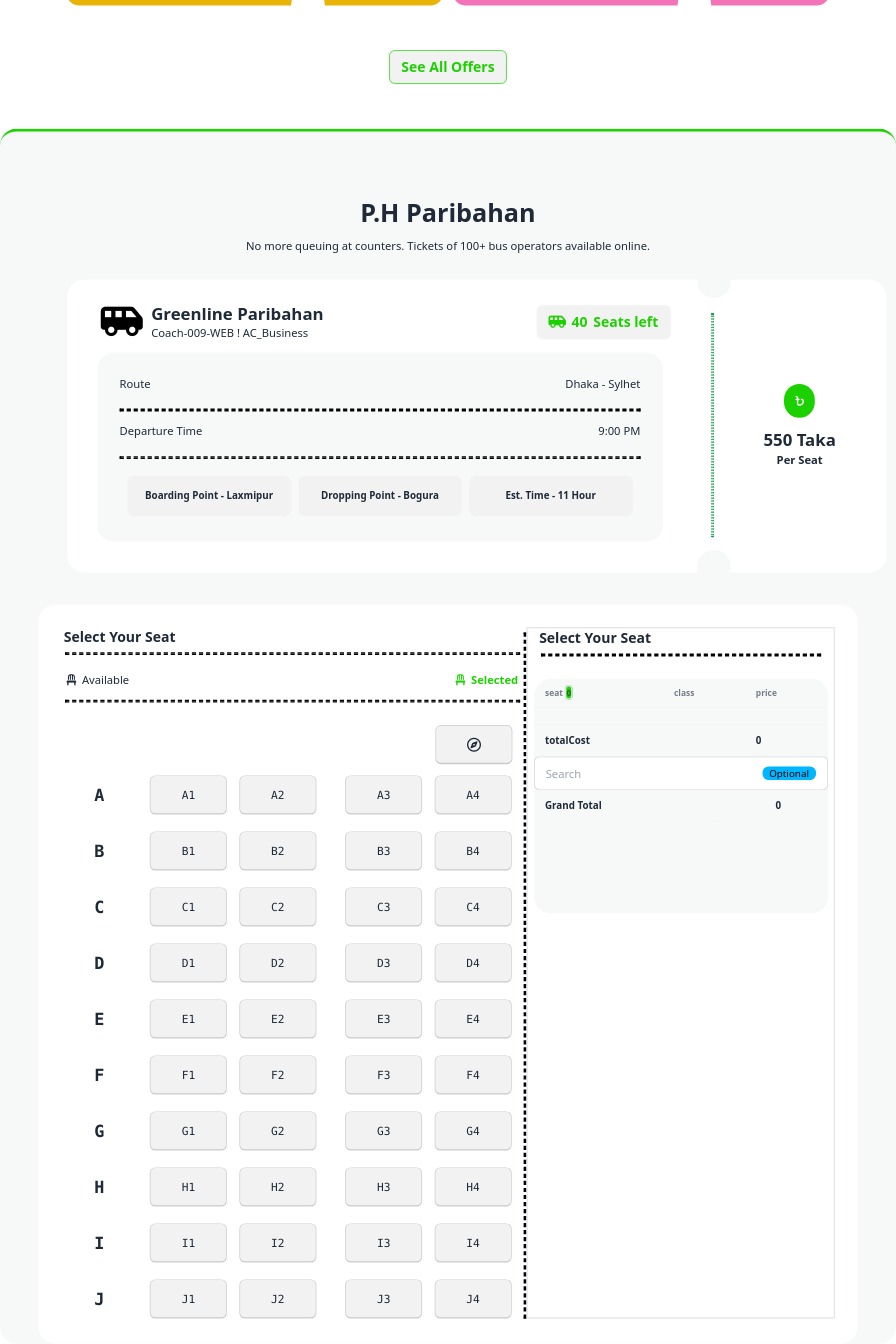
Repository: RudrasahaDibos/Smart-ticketing
Page: index.html
An editor plug-in stored every save of this project. The page is shown before and after a run of saves, followed by the edit.
The browser window is 1280 px wide. The pictures show the part of the page from y = 1134 to 3054 px (the page is 3054 px tall), at 70% of full size.
Some web fonts or font styles are not loaded; a fallback is used. Some web libraries are served in a nearby version.

Above is the page before, as saved 2024-11-10 16:06:26.

### index.html
<!DOCTYPE html>
<html lang="en">
  <head>
    <meta charset="UTF-8">
    <meta name="viewport" content="width=device-width, initial-scale=1.0">
    <title>Smart-ticketing</title>
    <!-- tailwind link -->
    <link href="https://cdn.jsdelivr.net/npm/daisyui@4.12.14/dist/full.min.css"
      rel="stylesheet" type="text/css" />
    <script src="https://cdn.tailwindcss.com"></script>
    <!-- font awesome link -->
    <link rel="stylesheet"
      href="https://cdnjs.cloudflare.com/ajax/libs/font-awesome/6.6.0/css/all.min.css"
      integrity="sha512-Kc323vGBEqzTmouAECnVceyQqyqdsSiqLQISBL29aUW4U/M7pSPA/gEUZQqv1cwx4OnYxTxve5UMg5GT6L4JJg=="
      crossorigin="anonymous" referrerpolicy="no-referrer" />

    <!-- google fonts  -->
    <link rel="preconnect" href="https://fonts.googleapis.com">
    <link rel="preconnect" href="https://fonts.gstatic.com" crossorigin>
    <link
      href="https://fonts.googleapis.com/css2?family=Anton+SC&family=Manrope:wght@200..800&family=Raleway:ital,wght@0,100..900;1,100..900&display=swap"
      rel="stylesheet">

    <style>
.raleway{
  font-family: "Raleway", sans-serif;
}
</style>

  </head>
  <body>
    <!-- header ends here -->
    <header class="container mx-auto lg:pl-24 lg:pr-24 lg:pt-4 w-[1400px]">
      <div>
        <!-- navbar starts here -->
        <div class="navbar bg-base-100">
          <div class="navbar-start">
            <div class="dropdown">
              <div tabindex="0" role="button" class="btn btn-ghost lg:hidden">
                <svg
                  xmlns="http://www.w3.org/2000/svg"
                  class="h-5 w-5"
                  fill="none"
                  viewBox="0 0 24 24"
                  stroke="currentColor">
                  <path
                    stroke-linecap="round"
                    stroke-linejoin="round"
                    stroke-width="2"
                    d="M4 6h16M4 12h8m-8 6h16" />
                </svg>
              </div>
              <ul
                tabindex="0"
                class="menu menu-sm dropdown-content bg-base-100 rounded-box z-[1] mt-3 w-52 p-2 shadow">
                <li><a>Home</a></li>
                <li><a>About</a></li>
                <li><a>Destination</a></li>
                <li><a>Search</a></li>
              </ul>
            </div>
            <a class="btn btn-ghost text-2xl font-extrabold">E-Ticket</a>
          </div>
          <div class="navbar-center hidden lg:flex">
            <ul class="menu menu-horizontal px-1">
              <li><a>Home</a></li>
              <li><a>About</a></li>
              <li><a>Destination</a></li>
              <li><a>Search</a></li>
            </ul>
          </div>
          <div class="navbar-end">
            <a class="btn text-[#1DD100]  border-1  text-xl">Bus <i
                class="fa-solid fa-van-shuttle"></i></a>
          </div>
        </div>
      </div>

      <!-- banner start here -->

      <div
        class="hero h-[550px] mt-8 bg-[url('/images/banner.png')] rounded-3xl relative">

        <div class="hero-content text-neutral-content text-center">
          <div class>
            <h1 class="mb-5 text-5xl font-extrabold">End-to-End Travel with <br>
              <span class="text-5xl text-[#1DD100]  font-extrabold">P
                Paribahan</span></h1>
            <p class="mb-5">
              A one-stop solution for your travel needs

              Introducing you to the Shohoz way of life
            </p>
            <button class="btn bg-[#1DD100] border-none">Buy Tickets</button>
          </div>
        </div>
      </div>

      <!-- banner end here -->

      <!-- 3 card start here  -->

      <div
        class=" flex justify-between items-center gap-4 pl-16 pr-16 absolute -bottom-4   ">
        <div
          class="stat flex bg-white justify-center items-center shadow-xl  border-b-4 border-b-[#1DD100]  rounded-2xl w-[338px] h-[138px]">
          <div class="text-[#1DD100] text-2xl font-extrabold ">
            <i class="fa-solid fa-users"></i>
          </div>

          <div>
            <div class="stat-value">500K+</div>
            <div class="stat-desc text-xl ">Registered users</div>
          </div>

        </div>

        <div
          class="stat flex bg-white justify-center items-center  border-b-4 border-b-[#1DD100] shadow-xl  rounded-2xl w-[338px] h-[138px]">
          <div class="text-[#1DD100] text-2xl font-extrabold ">
            <i class="fa-solid fa-ticket  "></i>

          </div>

          <div>
            <div class="stat-value">1.7 lacks</div>
            <div class="stat-desc text-xl ">Tickets sold</div>
          </div>

        </div>

        <div
          class="stat flex bg-white justify-center items-center  border-b-4 border-b-[#1DD100] shadow-xl  rounded-2xl w-[338px] h-[138px]">
          <div class="text-[#1DD100] text-2xl font-extrabold ">
            <i class="fa-solid fa-van-shuttle"></i>

          </div>

          <div>
            <div class="stat-value">80K+</div>
            <div class="stat-desc text-xl ">Rental partners</div>
          </div>

        </div>
      </div>

      <!-- 3 card ends here -->

      <!-- navbar Ends here -->
    </header>
    <!-- header ends here -->

    <!-- main start here -->
    <main class>
      <!-- Best offers for you start here -->
      <section
        class="mt-40 container mx-auto  lg:pl-24 lg:pr-24 lg:pt-4 w-[1400px]">
        <h1 class="text-4xl font-semibold text-center">Best offers for you</h1>
        <!-- two card start here -->
        <div class="flex  flex-col lg:flex-row gap-4 mt-10">
          <div class="bg-yellow-500  w-[573px] h-[220px]  rounded-2xl">

            <div>

              <div class=" w-[50%] mt-14 ml-14">
                <h1 class="text-4xl font-extrabold">15% OFF</h1>
                <p class="text-xl font-bold">on your next purchase</p>
                <p class="text-xl font-bold">use by January 2024</p>
              </div>

              <div class=" w-1/4 -mt-20 ml-auto mr-14  text-center">
                <h1 class="text-4xl font-extrabold">NEW15</h1>
                <p class="text-xl font-bold">Coupon Code</p>

              </div>
            </div>
            <p
              class="bg-white w-[48px] h-[48px] absolute mx-auto rounded-full ml-80 -mt-40  "></p>
            <p
              class="bg-white w-[48px] h-[48px] absolute mx-auto rounded-full ml-80 mt-[55px]  "></p>
            <p
              class="border-2 border-dotted border-white relative w-0 h-32 -mt-[95px] ml-[343px]  "></p>

          </div>
          <div class="bg-pink-400   w-[573px] h-[220px] rounded-2xl">
            <div>

              <div class=" w-[50%] mt-14 ml-14">
                <h1 class="text-4xl font-extrabold">20% OFF</h1>
                <p class="text-xl font-bold">on your next purchase</p>
                <p class="text-xl font-bold">use by January 2024</p>
              </div>

              <div class="  w-2/4 -mt-20 ml-[300px] mr-14  text-center">
                <h1 class="text-4xl font-extrabold">Couple 20</h1>
                <p class="text-xl font-bold">Coupon Code</p>

              </div>
            </div>
            <p
              class="bg-white w-[48px] h-[48px] absolute mx-auto rounded-full ml-80 -mt-40  "></p>
            <p
              class="bg-white w-[48px] h-[48px] absolute mx-auto rounded-full ml-80 mt-[55px]  "></p>
            <p
              class="border-2 border-dotted border-white relative w-0 h-32 -mt-[95px] ml-[343px]  "></p>
          </div>
        </div>
        <div class=" text-center mt-16">
          <a class="btn text-[#1DD100]  border-1 border-[#1DD100] text-xl">See
            All Offers
          </a>
        </div>
        <!-- two card end here -->
      </section>

      <!-- Best offers for you ends here -->
      <!-- tickeing process start here -->
      <section
        class="bg-[#F7F8F8] w-full min-h-screen rounded-3xl mt-16 border-t-4 border-t-[#1DD100]">

        <div class="container mx-auto  lg:pl-24 lg:pr-24 lg:pt-4 w-[1400px]">
          <h1 class="text-4xl font-semibold text-center mt-20">P.H Paribahan
          </h1>
          <p class=" text-center w-[736px] h-[60px] mx-auto mt-4">No more
            queuing at counters. Tickets of 100+ bus operators available online.
          </p>
          <!-- Greenline Paribahan  start here-->

          <div
            class="bg-[#FFFFFF] w-[1170px] h-[418px] rounded-3xl  container mx-auto p-8 flex justify-between ">
            <div class=" w-3/4">
              <!-- Coach-009-WEB ! AC_Business start here -->
              <div class="flex justify-between ">

                <div class="flex justify-center items-center gap-3 ml-4 ">
                  <div class="text-5xl text-black  ">
                    <i class="fa-solid fa-van-shuttle "></i>
                  </div>
                  <div>
                    <h1 class="text-2xl font-bold">Greenline Paribahan</h1>
                    <p>Coach-009-WEB ! AC_Business</p>
                  </div>
                </div>

                <div class="flex felx-col justify-end mt-1">
                  <a class="btn text-[#1DD100]  border-1  text-xl"> <i
                      class="fa-solid fa-van-shuttle"></i> <span>40</span> Seats
                    left </a>
                </div>
              </div>
              <!-- Coach-009-WEB ! AC_Business end here -->

              <!-- Dhaka - Sylhet starts here -->
              <div
                class="bg-[#F7F8F8] w-[808px] h-[270px] mt-4 mx-auto rounded-3xl">

                <div class>
                  <div class="flex justify-between p-4 ">
                    <h1 class="ml-4 mt-4">Route</h1>
                    <h1 class="mr-4 mt-4">Dhaka - Sylhet</h1>
                  </div>

                  <div
                    class="border-dashed border-black border-2 mt-2  w-[744px] mx-auto h-0"></div>

                  <div class="flex justify-between p-4 ">
                    <h1 class="ml-4">Departure Time</h1>
                    <h1 class="mr-4">9:00 PM</h1>
                  </div>
                  <div
                    class="border-dashed border-black border-2 mt-2  w-[744px] mx-auto h-0"></div>

                  <div class="mt-2 p-4 flex justify-center items-center gap-3">
                    <button class="btn   w-[232px] h-[56px]">Boarding Point -
                      Laxmipur</button>
                    <button class="btn  w-[232px] h-[56px]">Dropping Point -
                      Bogura</button>
                    <button class="btn  w-[232px] h-[56px]">Est. Time - 11
                      Hour</button>
                  </div>
                </div>
              </div>
              <!-- Dhaka - Sylhet end here -->

            </div>

            <div
              class=" text-center flex flex-col justify-center items-center mr-10">
              <i
                class="fa-solid fa-bangladeshi-taka-sign bg-[#1DD100] rounded-full  p-4 text-white "></i>
              <h1 class="text-2xl font-semibold mt-4"><span>550</span> Taka</h1>
              <p class="font-bold">Per Seat</p>
            </div>

          </div>
          <p
            class="bg-[#F7F8F8] w-[48px] h-[48px] absolute mx-auto rounded-full ml-[900px] -mt-[440px]  "></p>
          <p
            class="bg-[#F7F8F8] w-[48px] h-[48px] absolute mx-auto rounded-full ml-[900px] -mt-8  "></p>
          <p
            class="border-2 border-dotted border-green-600 relative w-0 h-80 -mt-[370px] ml-[920px]  "></p>

          <!-- Greenline Paribahan  ends here-->
        </div>

        <!-- Select Your Seat star here  -->
        <div
          class="bg-[#FFFFFF] w-[1170px] h-[1056px] rounded-3xl mt-24 container mx-auto  ">

          <div class="flex justify-between p-8">
            <div class="w-3/5 ">
              <p class="font-semibold text-xl ml-1">Select Your Seat</p>
              <div
                class="border-dashed border-black border-2 mt-2  w-[650px] mx-auto h-0"></div>
              <!-- seat available start here -->
              <div class="flex justify-between mt-4">

                <div class="flex gap-2 justify-center items-center p-2 ">
                  <i class="fa-solid fa-chair"></i>
                  <p>Available</p>
                </div>
                <div
                  class="flex gap-2 justify-center items-center p-2 text-[#1DD100] ">
                  <i class="fa-solid fa-chair font-bold"></i>
                  <p class="font-bold">Selected</p>
                </div>

              </div>
              <!-- seat available ends here -->
              <div
                class="border-dashed border-black border-2 mt-2  w-[650px] mx-auto h-0"></div>
                <!-- seat planing start here -->
               <div class="mt-8">
                    <div class="text-end  mr-4">
                      <kbd class="kbd  h-[56px] w-[110px] text-center mx-auto "><i class="fa-regular fa-compass text-xl"></i></kbd>
                    </div>
                    <!-- seat  start here-->
                     <div class="flex  justify-between">
                          <!-- seat is with door start -->
                          <div class="grid grid-cols-3  w-3/5 ">
                                  <div class="mx-auto mt-4 space-y-6">
                                    <kbd class="kbd  w-[110px] h-[56px] bg-[#ffffff]  border-none font-bold text-2xl">A</kbd>
                                    <kbd class="kbd  w-[110px] h-[56px]  bg-[#ffffff] border-none font-bold text-2xl">B</kbd>
                                    <kbd class="kbd  w-[110px] h-[56px]  bg-[#ffffff] border-none font-bold text-2xl">C</kbd>
                                    <kbd class="kbd  w-[110px] h-[56px]  bg-[#ffffff] border-none font-bold text-2xl">D</kbd>
                                    <kbd class="kbd  w-[110px] h-[56px]  bg-[#ffffff] border-none font-bold text-2xl">E</kbd>
                                    <kbd class="kbd  w-[110px] h-[56px]  bg-[#ffffff] border-none font-bold text-2xl">F</kbd>
                                    <kbd class="kbd  w-[110px] h-[56px]  bg-[#ffffff] border-none font-bold text-2xl">G</kbd>
                                    <kbd class="kbd  w-[110px] h-[56px]  bg-[#ffffff] border-none font-bold text-2xl">H</kbd>
                                    <kbd class="kbd  w-[110px] h-[56px]  bg-[#ffffff] border-none font-bold text-2xl">I</kbd>
                                    <kbd class="kbd  w-[110px] h-[56px]  bg-[#ffffff] border-none font-bold text-2xl">J</kbd>
                                  </div>

                                  <div class="mt-4 space-y-6">
                                    <kbd class="kbd w-[110px] h-[56px] ">A1</kbd>
                                    <kbd class="kbd w-[110px] h-[56px] ">B1</kbd>
                                    <kbd class="kbd w-[110px] h-[56px] ">C1</kbd>
                                    <kbd class="kbd w-[110px] h-[56px] ">D1</kbd>
                                    <kbd class="kbd w-[110px] h-[56px] ">E1</kbd>
                                    <kbd class="kbd w-[110px] h-[56px] ">F1</kbd>
                                    <kbd class="kbd w-[110px] h-[56px] ">G1</kbd>
                                    <kbd class="kbd w-[110px] h-[56px] ">H1</kbd>
                                    <kbd class="kbd w-[110px] h-[56px] ">I1</kbd>
                                    <kbd class="kbd w-[110px] h-[56px] ">J1</kbd>
                                  </div>

                                  <div class="mt-4 space-y-6">
                                    <kbd class="kbd w-[110px] h-[56px] ">A2</kbd>
                                    <kbd class="kbd w-[110px] h-[56px] ">B2</kbd>
                                    <kbd class="kbd w-[110px] h-[56px] ">C2</kbd>
                                    <kbd class="kbd w-[110px] h-[56px] ">D2</kbd>
                                    <kbd class="kbd w-[110px] h-[56px] ">E2</kbd>
                                    <kbd class="kbd w-[110px] h-[56px] ">F2</kbd>
                                    <kbd class="kbd w-[110px] h-[56px] ">G2</kbd>
                                    <kbd class="kbd w-[110px] h-[56px] ">H2</kbd>
                                    <kbd class="kbd w-[110px] h-[56px] ">I2</kbd>
                                    <kbd class="kbd w-[110px] h-[56px] ">J2</kbd>
                                  </div>
                          </div>
                         <!-- seat is with door end -->

                          <!-- seat is driver start -->
                            <div class="grid grid-cols-2   w-2/5 ml-6">
                                    <div class="mx-auto mt-4 space-y-6">
                                      <kbd class="kbd w-[110px] h-[56px] ">A3</kbd>
                                      <kbd class="kbd w-[110px] h-[56px] ">B3</kbd>
                                      <kbd class="kbd w-[110px] h-[56px] ">C3</kbd>
                                      <kbd class="kbd w-[110px] h-[56px] ">D3</kbd>
                                      <kbd class="kbd w-[110px] h-[56px] ">E3</kbd>
                                      <kbd class="kbd w-[110px] h-[56px] ">F3</kbd>
                                      <kbd class="kbd w-[110px] h-[56px] ">G3</kbd>
                                      <kbd class="kbd w-[110px] h-[56px] ">H3</kbd>
                                      <kbd class="kbd w-[110px] h-[56px] ">I3</kbd>
                                      <kbd class="kbd w-[110px] h-[56px] ">J3</kbd>
                                    </div>
                                    <div class="mx-auto mt-4 space-y-6">
                                      <kbd class="kbd w-[110px] h-[56px] ">A4</kbd>
                                      <kbd class="kbd w-[110px] h-[56px] ">B4</kbd>
                                      <kbd class="kbd w-[110px] h-[56px] ">C4</kbd>
                                      <kbd class="kbd w-[110px] h-[56px] ">D4</kbd>
                                      <kbd class="kbd w-[110px] h-[56px] ">E4</kbd>
                                      <kbd class="kbd w-[110px] h-[56px] ">F4</kbd>
                                      <kbd class="kbd w-[110px] h-[56px] ">G4</kbd>
                                      <kbd class="kbd w-[110px] h-[56px] ">H4</kbd>
                                      <kbd class="kbd w-[110px] h-[56px] ">I4</kbd>
                                      <kbd class="kbd w-[110px] h-[56px] ">J4</kbd>
                                    </div>
                            </div>
                            <!-- seat is driver end -->
                     </div>

                     <!-- seat end here -->
               </div>

               <!-- seat planing end here -->



            </div>









            <div
              class="border-dashed border-black border-2 mt-2  w-[0px] mx-auto h-[980px]"></div>

            <div class="border-2  w-2/5 ">
              <p class="font-semibold text-xl ml-4">Select Your Seat</p>
              <div
                class="border-dashed border-black border-2 mt-2  w-[400px] mx-auto h-0"></div>

                <div class="bg-[#F7F8F8] w-[420px] h-[335px] rounded-3xl mx-auto mt-8 ">
                  <!-- table start here -->
                  <div class="overflow-x-auto">
                    <table class="table">
                      <!-- head -->
                      <thead>
                        <tr>

                          <th>seat <span class="bg-[#1DD100] rounded-full  border-2">0</span></th>
                          <th>class</th>
                          <th>price</th>
                        </tr>
                      </thead>
                      <tbody>
                        <!-- row 1 -->
                        <tr>

                          <td></td>
                          <td></td>
                          <td></td>
                        </tr>

                      </tbody>
                      <tr>

                        <th> totalCost</th>
                        <th></th>
                        <th>0</th>
                      </tr>


                    </table>

                   <div>
                    <label class="input input-bordered flex items-center gap-2">
                      <input type="text" class="grow" placeholder="Search" />
                      <span class="badge badge-info">Optional</span>
                    </label>
                   </div>
                    <table class="table">
                      <tr>

                        <th>Grand Total</th>
                        <th></th>
                        <th>0</th>
                      </tr>
                    </table>

                  </div>
                  <!-- table ends here -->
                </div>

            </div>
          </div>

        </div>

        <!-- Select Your Seat end here  -->

      </section>
      <!-- tickeing process ends here -->

    </main>
    <!-- main ends here -->

    <!-- js add -->
    <script src="index.js"></script>
  </body>
</html>

Loaded but not shown: index.js (common file)

After the next 2 saves:
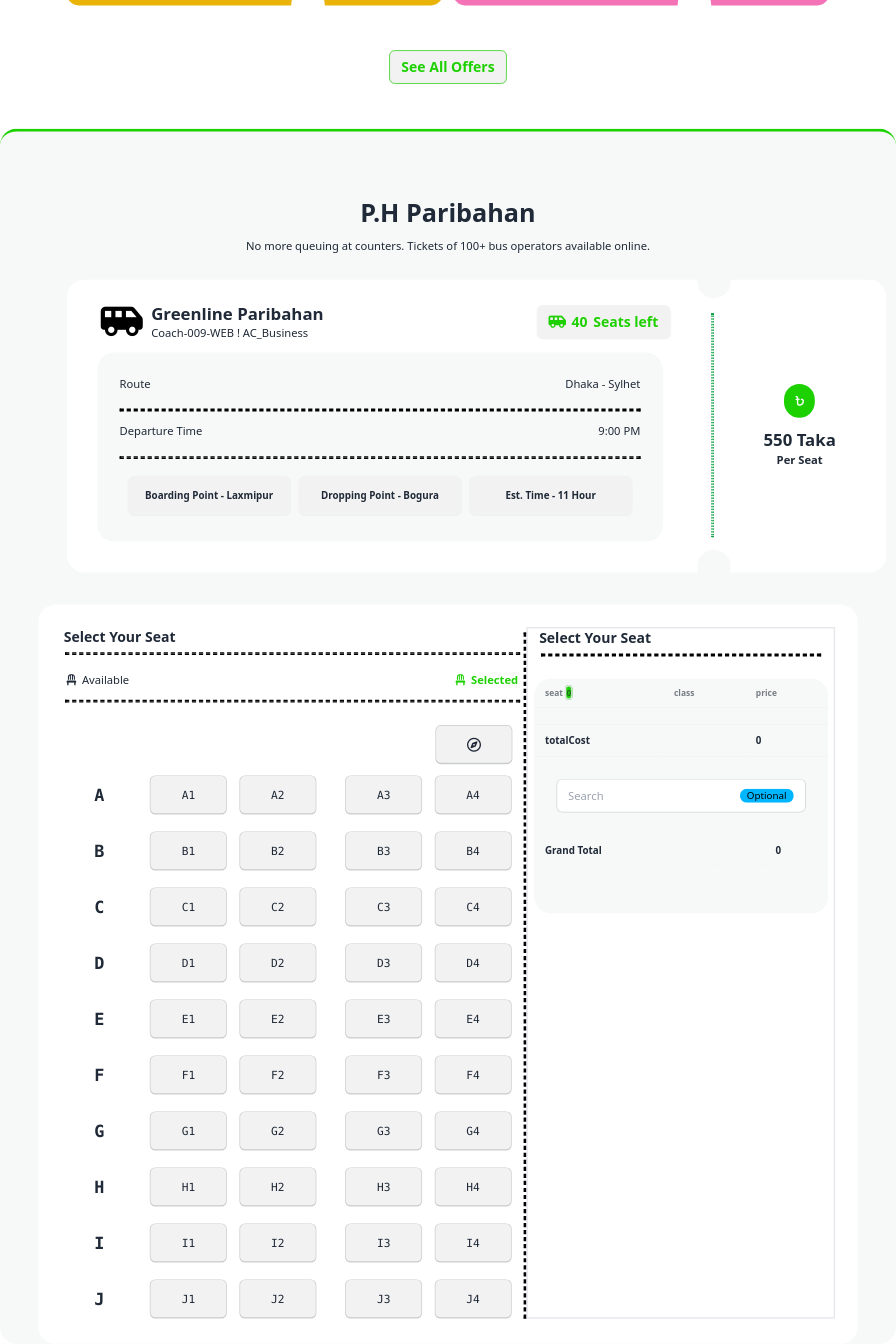
The 2 saves are shown as one change because they came seconds apart.
The last was saved 7 s later.
--- a/index.html
+++ b/index.html
@@ -467,7 +467,7 @@
 
                     </table>
 
-                   <div>
+                   <div class="p-8">
                     <label class="input input-bordered flex items-center gap-2">
                       <input type="text" class="grow" placeholder="Search" />
                       <span class="badge badge-info">Optional</span>
